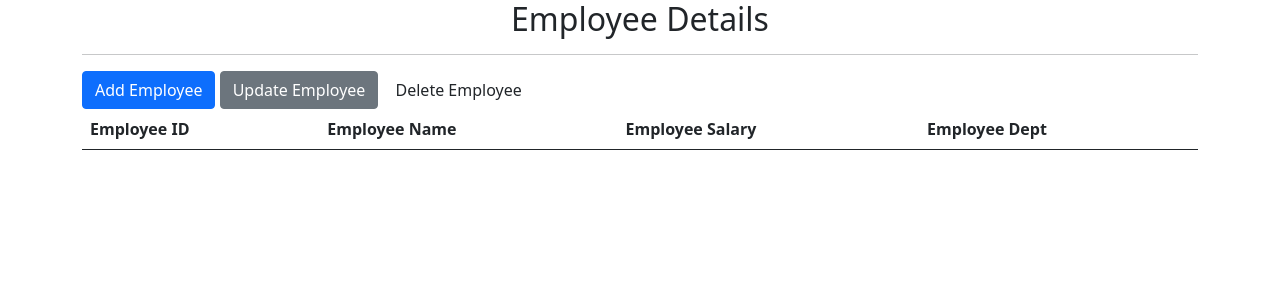
Repository: bhatideepak599/JspServlets
Page: http://localhost/10-student-mvc-db/Student
The author's editor kept a copy of each file at every save. The page is drawn from the files as they stood at one save, then again after the next save.
The browser window is 1280 px wide. The pictures show the whole page.
The page is served by Tomcat 9. Queries for data that is not in the repository find no rows.

Above is the page before, as saved 2024-07-17 09:50:51.

After the next save:
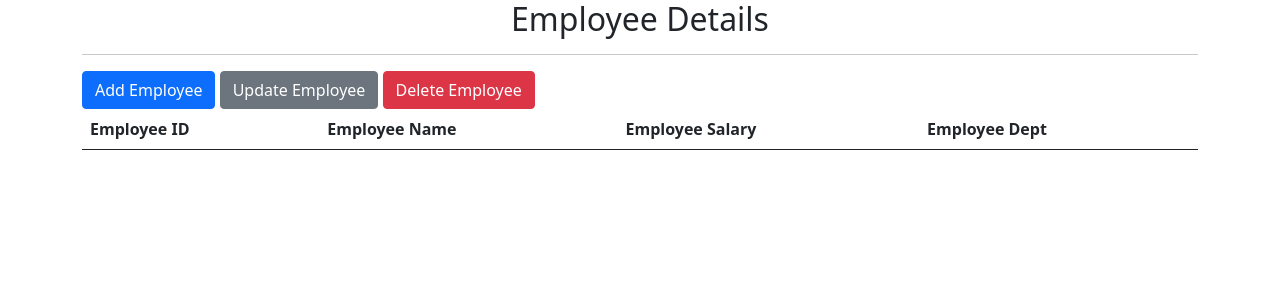
Saved 29 s later.
--- a/10-student-mvc-db/WebContent/empFile.jsp
+++ b/10-student-mvc-db/WebContent/empFile.jsp
@@ -34,7 +34,7 @@
 	<hr>
 	<a href="add-Employee.jsp" class="btn btn-primary">Add Employee</a>
 	<a href="update-Employee.jsp" class="btn btn-secondary">Update Employee</a>
-	<a href="update-Employee.jsp" class="btn btn-Danger">Delete Employee</a>
+	<a href="update-Employee.jsp" class="btn btn-danger">Delete Employee</a>
 	<table class="table table-striped">
 
 		<thead>
